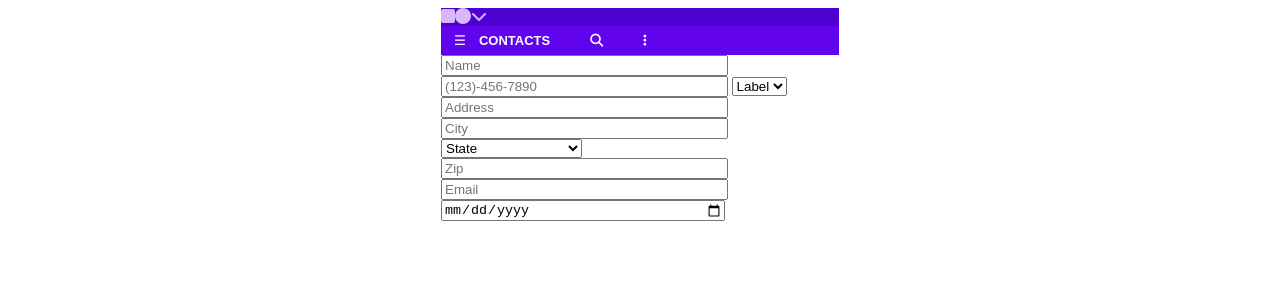
Repository: Sc-Juju/Mobile-Form
Page: index.html
These files come from the project's save history. The page is drawn as it stood at one moment and after the next save; the edit follows.
The browser window is 1280 px wide. The pictures show the whole page.
Some web libraries are served in a nearby version.

Above is the page before, as saved 2022-10-27 20:02:30.

After the next save:
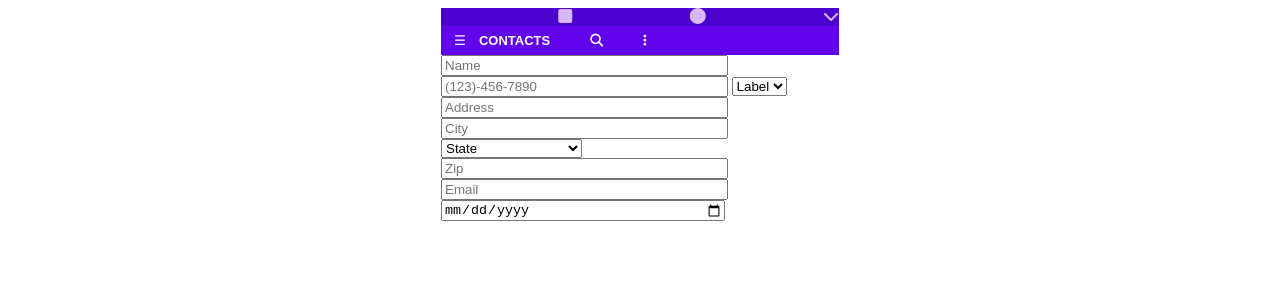
Saved 2 s later.
--- a/index.html
+++ b/index.html
@@ -16,13 +16,13 @@
 		<header>
 			<div class="container">
 				<ul class="navbar nav-top">
-					<li class="nav-link">
+					<li class="nav-link top">
 						<i class="fa-solid fa-square"></i>
 					</li>
-					<li class="nav-link">
+					<li class="nav-link top">
 						<i class="fa-solid fa-circle"></i>
 					</li>
-					<li class="nav-link">
+					<li class="nav-link top">
 						<i class="fa-solid fa-chevron-down"></i>
 					</li>
 				</ul>

After the 3 saves that followed:
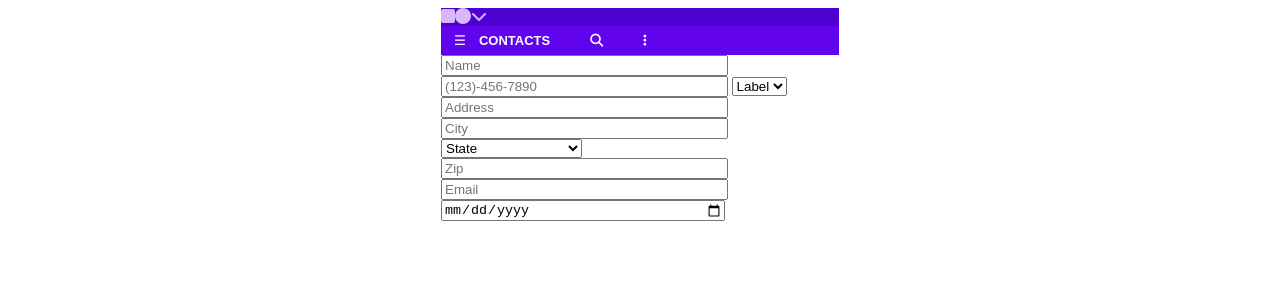
The 3 saves are shown as one change because 2 left the picture as it was.
The last was saved 91 s later.
--- a/style.css
+++ b/style.css
@@ -37,6 +37,7 @@ ul{
 .nav-top{
     background-color: var(--header-top);
     color: var(--header-top-icon);
+    margin-left: auto;
 }
 .nav-bottom{
     background-color: var(--header-bottom);
@@ -57,6 +58,3 @@ a {text-decoration: none;}
 input{
     width:70%;
 }
-.top{
-    margin-left: auto;
-}
